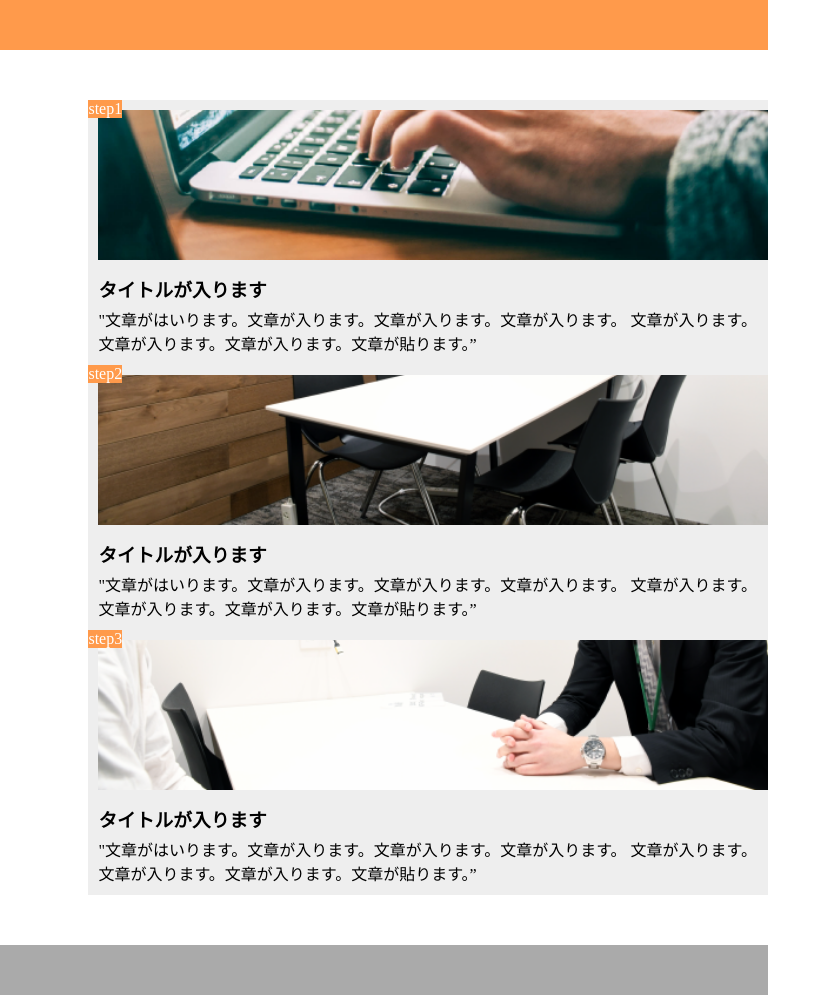
Repository: ego-boosting/assightment_1
Page: chapter10/index.html
The author's editor kept a record of every edit. The page is drawn from the files as they stood at one moment, then again after the next edit.
The browser window is 768 px wide. The page is 768 px wide, then 818 px, so the pictures cover 818 px, including what lies to the right of the window. The pictures show the whole page.

Above is the page before.

After the next edit:
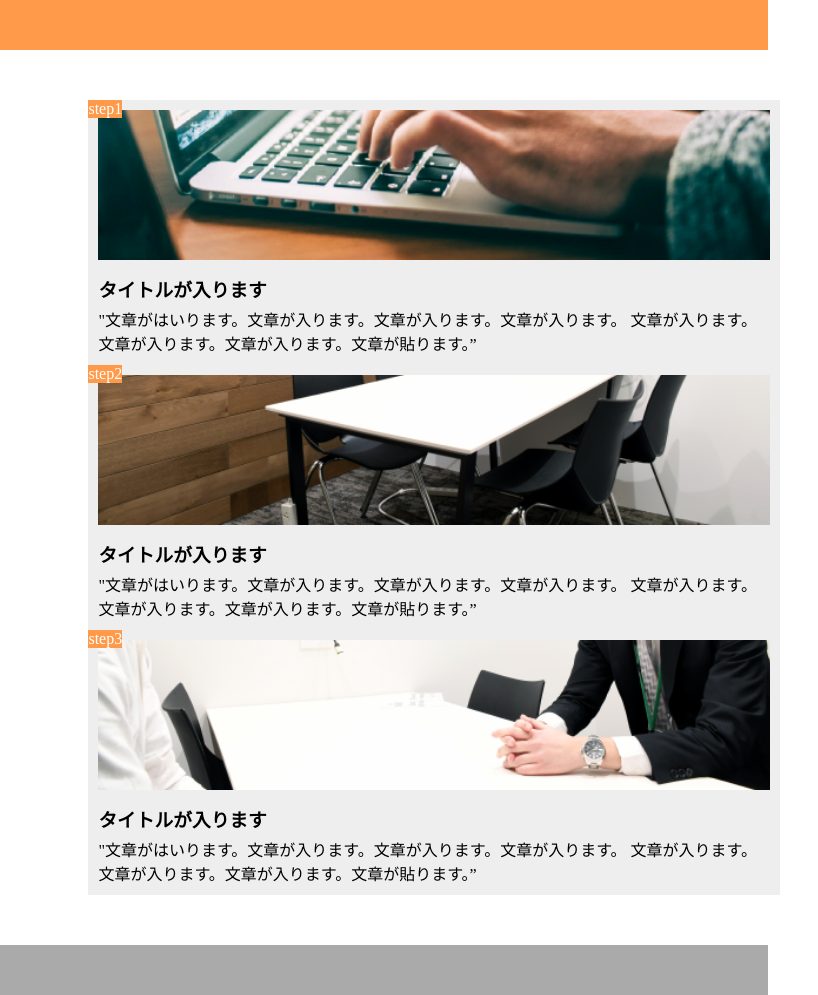
The edit:
--- a/chapter10/style.css
+++ b/chapter10/style.css
@@ -87,9 +87,9 @@
 
 @media screen and (max-width:768px){
   /*右の余白を無くす記述*/
-  .wrap {
-     overflow: hidden;
- }
+ /* .wrap {*/
+ /*    overflow: hidden;*/
+ /*}*/
   header{
     width:100%;
   }
